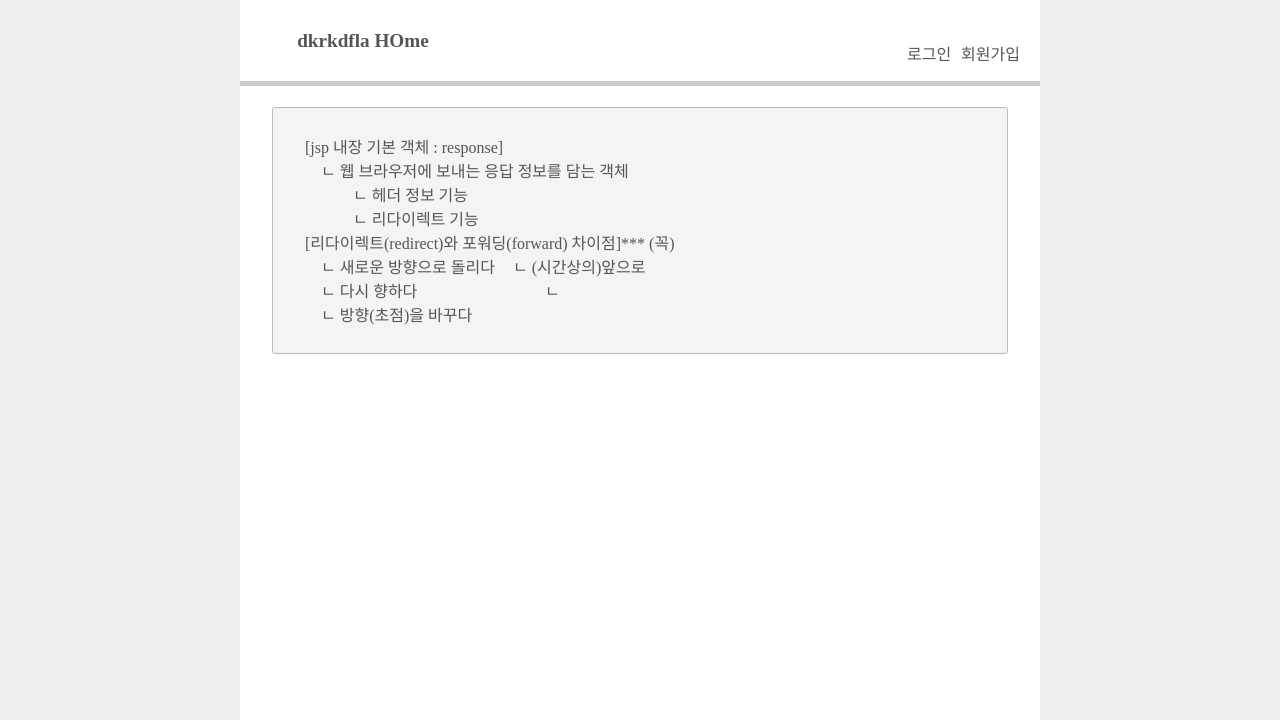
Repository: Dusajang/JSPClass
Page: http://localhost/jspPro/days03/ex07.jsp
These files come from the project's save history. The page is drawn as it stood at one moment and after the next save; the edit follows.
The browser window is 1280 px wide. The pictures show the whole page.
Some web fonts or font styles are not loaded; a fallback is used. The page is served by Tomcat 9.

Above is the page before, as saved 2024-10-17 06:18:25.

After the next save:
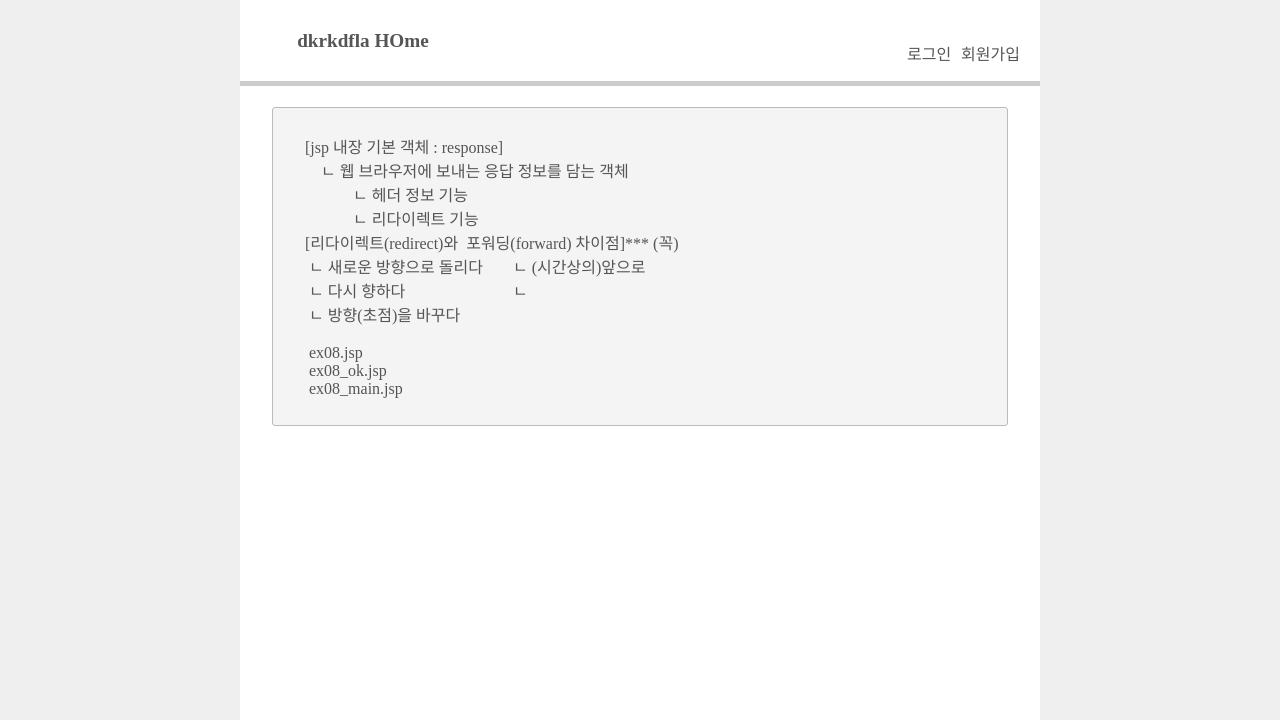
Saved 6 s later.
--- a/jspPro/src/main/webapp/days03/ex07.jsp
+++ b/jspPro/src/main/webapp/days03/ex07.jsp
@@ -30,10 +30,14 @@
     	ㄴ 웹 브라우저에 보내는 응답 정보를 담는 객체
     		ㄴ 헤더 정보 기능
     		ㄴ 리다이렉트 기능
-    [리다이렉트(redirect)와 포워딩(forward) 차이점]*** (꼭)
-    	ㄴ 새로운 방향으로 돌리다	ㄴ (시간상의)앞으로
-    	ㄴ 다시 향하다				ㄴ
-    	ㄴ 방향(초점)을 바꾸다
+    [리다이렉트(redirect)와  포워딩(forward) 차이점]*** (꼭)
+     ㄴ 새로운 방향으로 돌리다	ㄴ (시간상의)앞으로
+     ㄴ 다시 향하다				ㄴ
+     ㄴ 방향(초점)을 바꾸다
+
+     ex08.jsp
+     ex08_ok.jsp
+     ex08_main.jsp
   </xmp>
 </div>
 </body>
